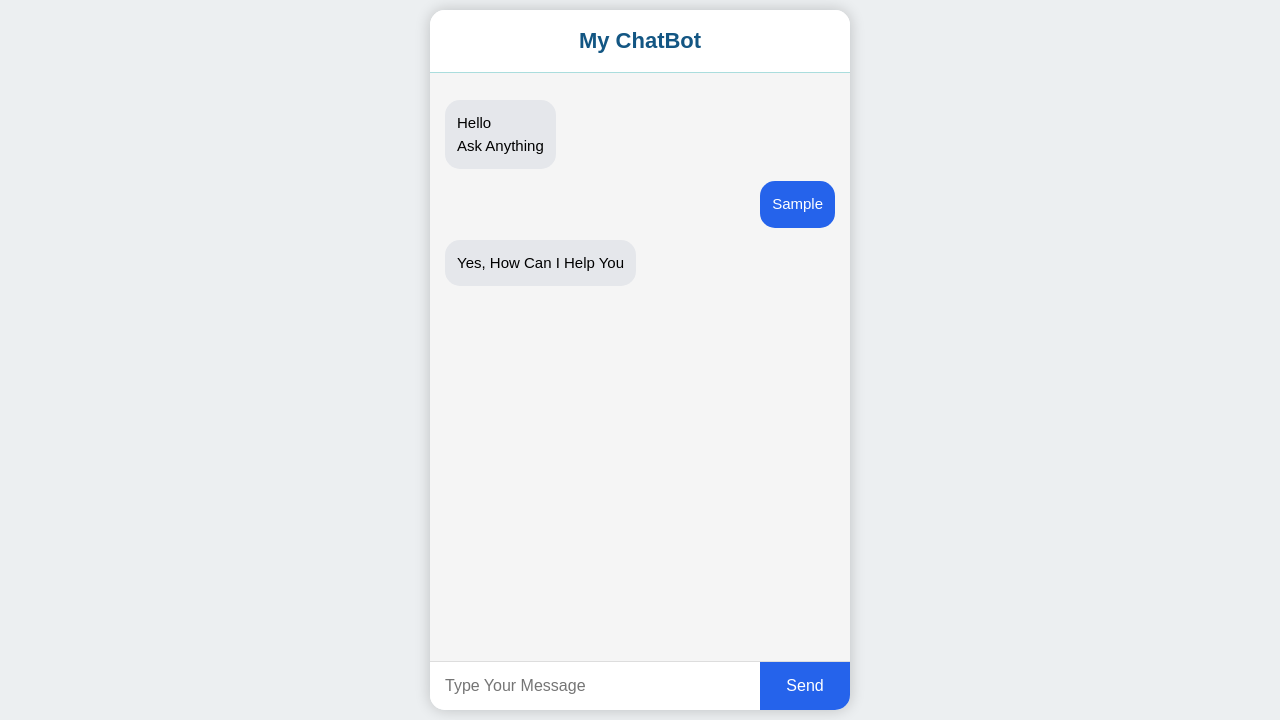
Repository: nt269782-web/Offline-ChatBot
Page: front.html
The author's editor kept a copy of each file at every save. The page is drawn from the files as they stood at one save, then again after the next save.
The browser window is 1280 px wide. The pictures show the whole page.
Empty fields were first filled with sample values (such as "Sample", 5 or name@example.com).
After loading, the first visible `button` was clicked once.
The page's requests for data from a server got no answer.

Above is the page before, as saved 2026-07-11 11:29:08.

After the next save:
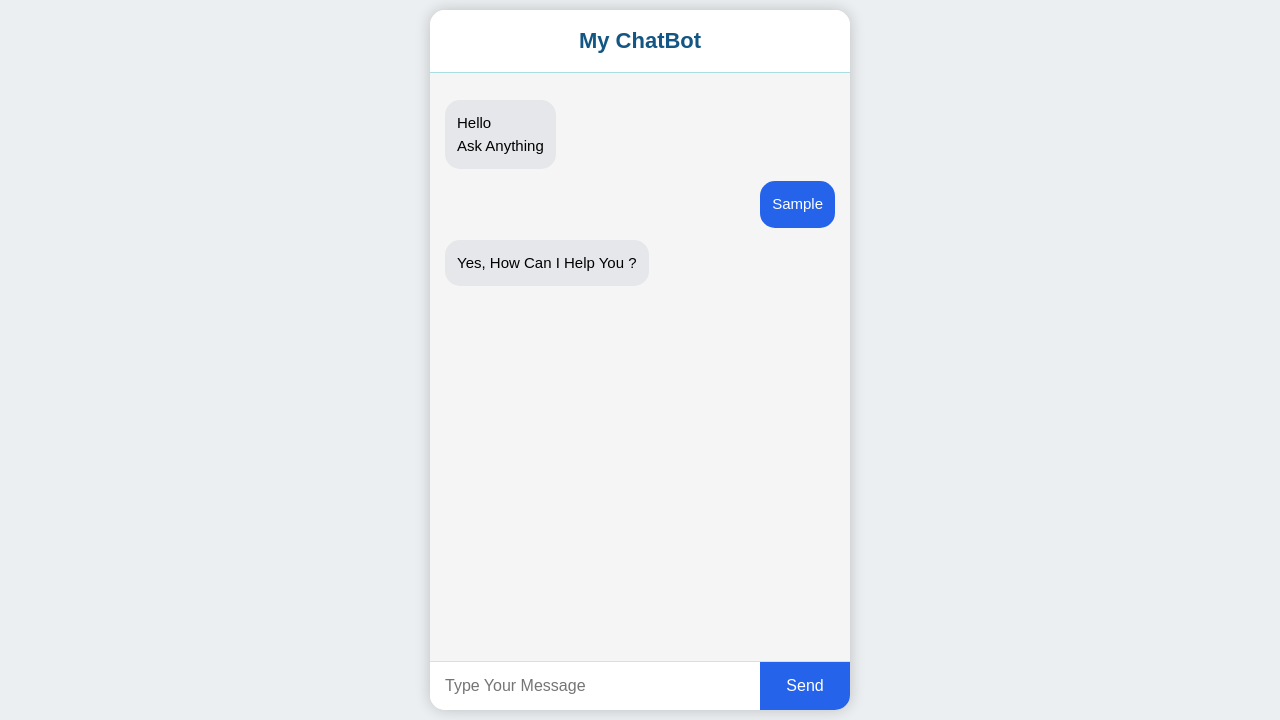
Saved 15 s later.
--- a/Java.js
+++ b/Java.js
@@ -47,7 +47,7 @@ function sendMessage() {
             <div class="message bot">
                 <div class="bubble">
                     Yes,
-                    How Can I Help You
+                    How Can I Help You ?
                 </div>
             </div>
         `;
